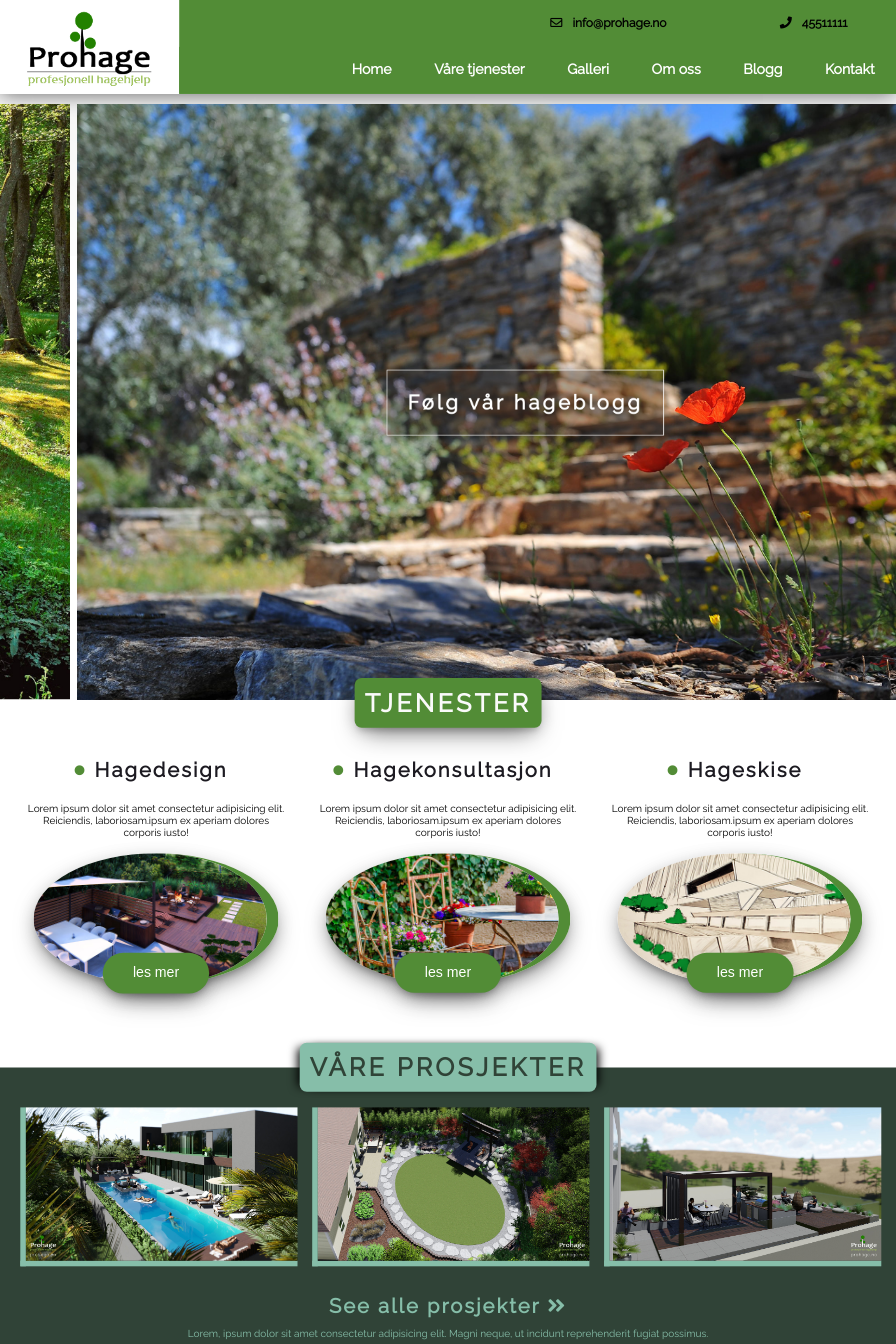
Repository: marinazzz/garden-design-website
Page: Garden design website/index.html
These files come from the project's save history. The page is drawn as it stood at one moment and after the next save; the edit follows.
The browser window is 1280 px wide. The pictures show the part of the page from y = 0 to 1920 px (the page is 2863 px tall), at 70% of full size.

Above is the page before, as saved 2020-04-03 18:06:51.

After the next save:
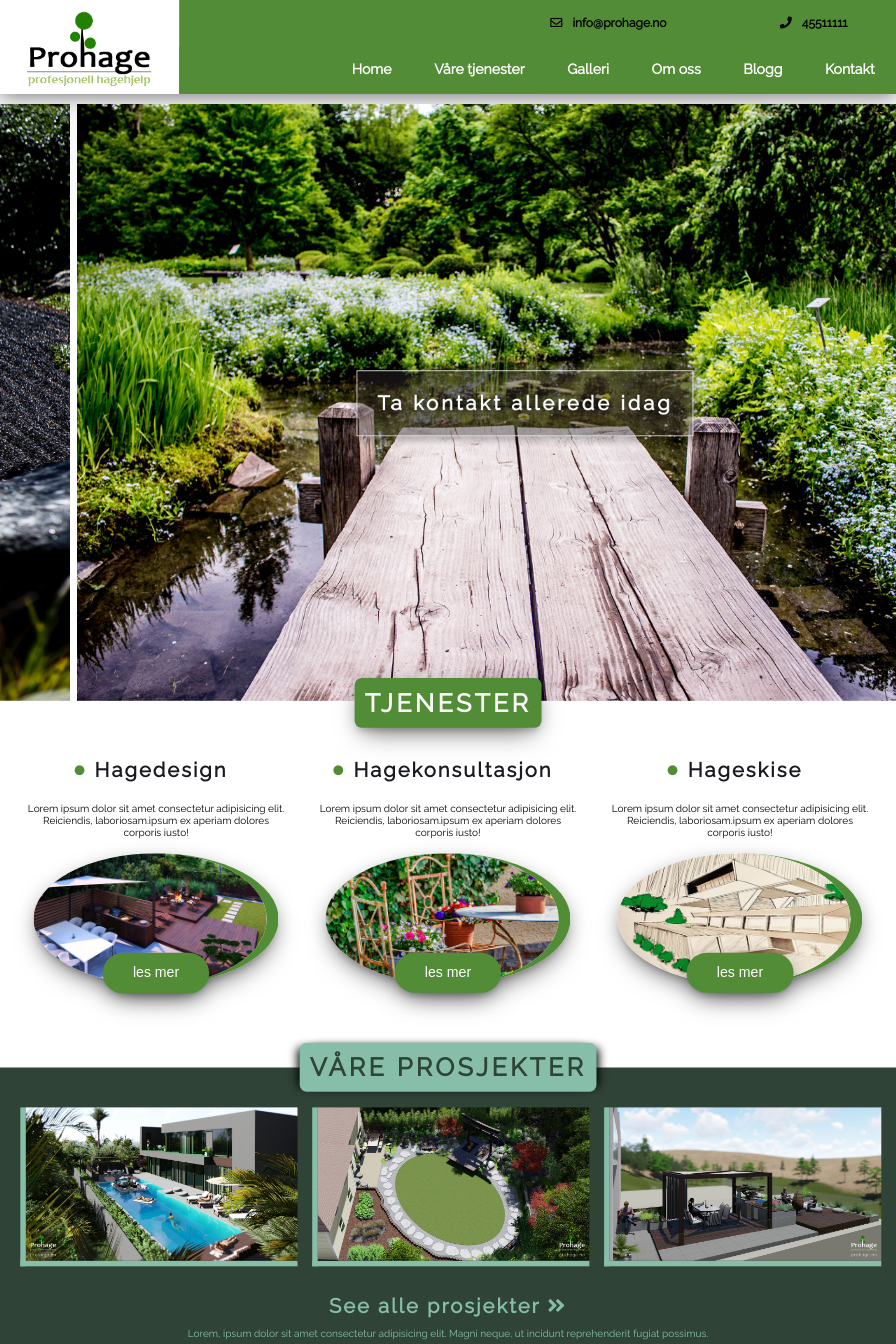
Console error (its wording comes from the project's code and is left out).
Saved 41 s later.
--- a/Garden design website/JS/js-app.js
+++ b/Garden design website/JS/js-app.js
@@ -19,7 +19,7 @@
     animationDuration: 10000
 }).mount()
 
-let carousels = document.querySelectorAll(".glide");
+let carousels = document.querySelectorAll(".#main-photo > div > div");
 Object.values(carousels).map(carousel => {
       let slider = new Glide(carousel, {
         type: "carousel",

After the save that followed:
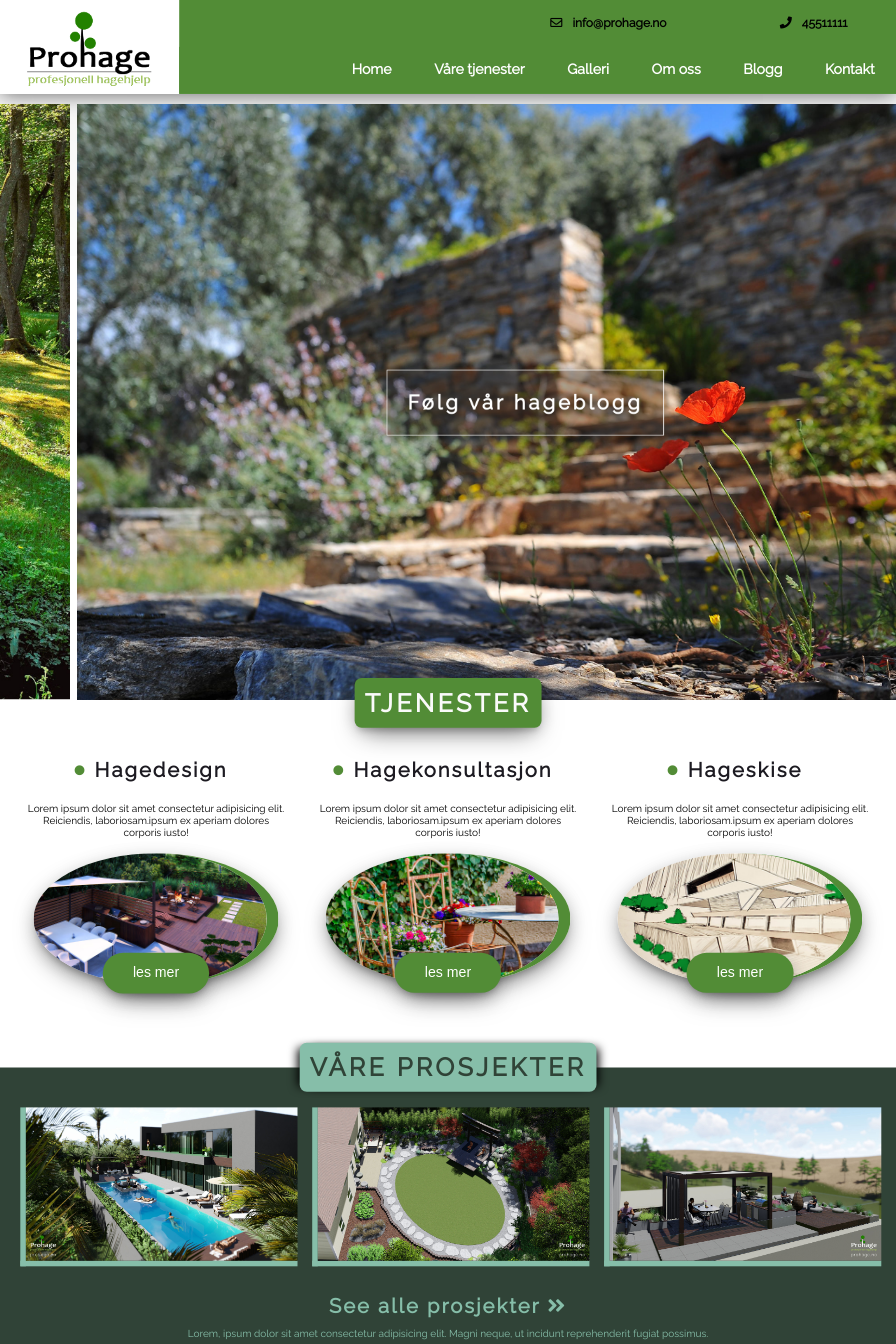
The error is gone.
Saved 30 s later.
--- a/Garden design website/JS/js-app.js
+++ b/Garden design website/JS/js-app.js
@@ -19,7 +19,7 @@
     animationDuration: 10000
 }).mount()
 
-let carousels = document.querySelectorAll(".#main-photo > div > div");
+let carousels = document.querySelectorAll("#main-photo > div");
 Object.values(carousels).map(carousel => {
       let slider = new Glide(carousel, {
         type: "carousel",
